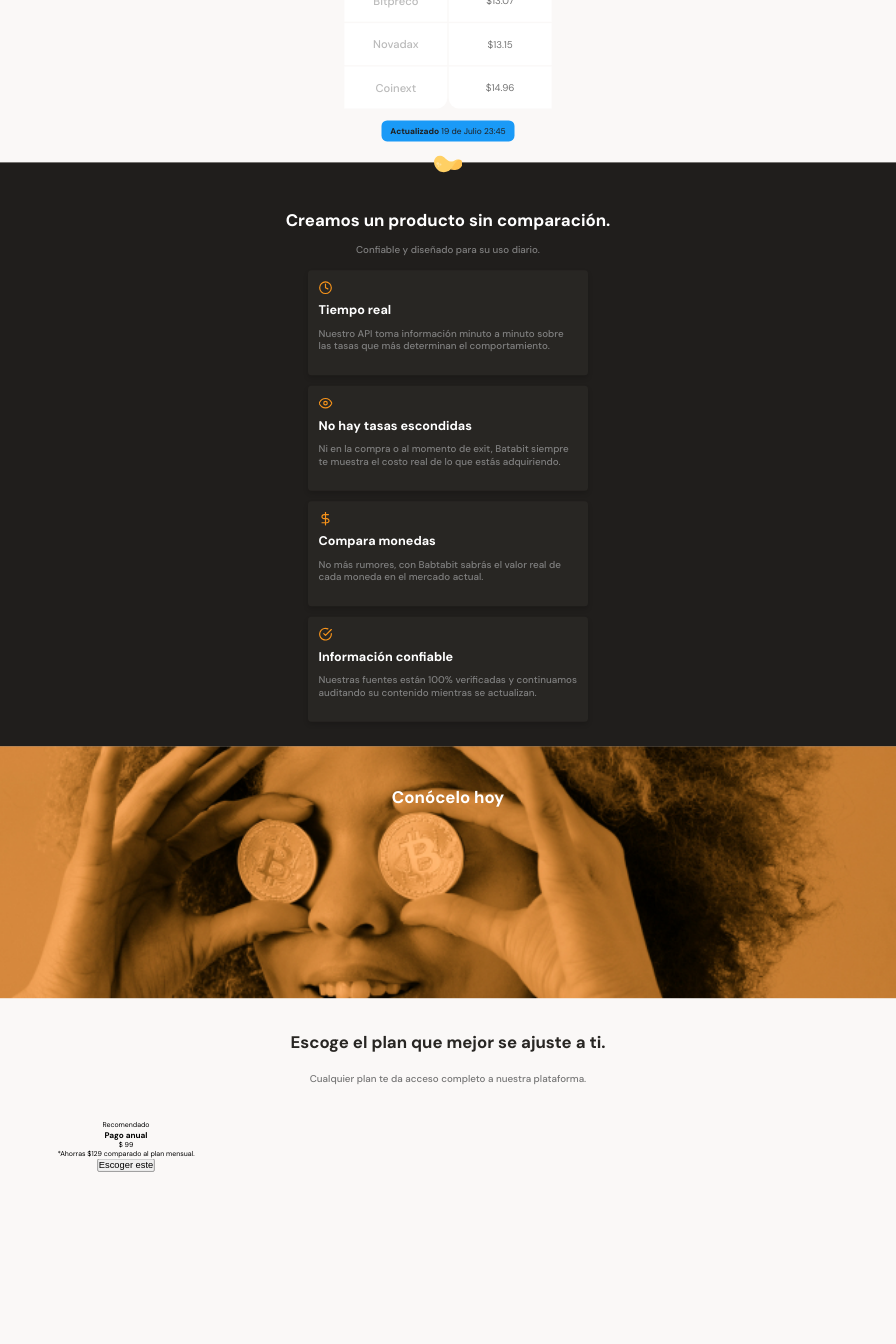
Repository: ChristianGecchelin/spa-full-css-html
Page: index.html
These files come from the project's save history. The page is drawn as it stood at one moment and after the next save; the edit follows.
The browser window is 1280 px wide. The pictures show the part of the page from y = 1260 to 3180 px (the page is 3180 px tall), at 70% of full size.

Above is the page before, as saved 2021-11-29 21:19:35.

### index.html
<!DOCTYPE html>
<html lang="en">
  <head>
    <meta charset="UTF-8" />
    <meta http-equiv="X-UA-Compatible" content="IE=edge" />
    <meta name="viewport" content="width=device-width, initial-scale=1.0" />
    <title></title>
    <link rel="preconnect" href="https://fonts.googleapis.com" />
    <link rel="preconnect" href="https://fonts.gstatic.com" crossorigin />
    <link
      href="https://fonts.googleapis.com/css2?family=DM+Sans:wght@400;500;700&family=Inter:wght@300;500&display=swap"
      rel="stylesheet"
    />
    <link rel="stylesheet" href="./styles/styles.css" />
  </head>
  <!-- shift+alt+A para comentar -->
  <body>
    <header>
      <!-- Las etiquetas principales no necesitan ponerle clase porque solo hay una en el archivo -->
      <img src="./assets/img/logo.svg" alt="logo" />
      <div class="header--title-container">
        <h1>La próxima revolución en el intercambio de criptomonedas.</h1>
        <p>
          Batatabit te ayuda a navegar entre los diferentes precios y
          tendencias.
        </p>
        <a class="header--button" href="#plans"
          >Conoce Nuestros Planes <span></span
        ></a>
      </div>
    </header>
    <main>
      <section class="main-exchange-container">
        <div class="backgroundImg"></div>
        <div class="main-exchange-container--title">
          <h2>Visibilizamos todas las tasas de cambio.</h2>
          <p>
            Traemos información en tiempo real de las casas de cambio y las
            monedas más importantes del mundo.
          </p>
        </div>
        <section class="main-tables-container">
          <!-- creo otra seccion porque tengo mucha información para mostrar -->
          <div class="main-currency-table">
            <p class="currency-table--title">Monedas</p>
            <div class="currency-table--container">
              <table>
                <tr>
                  <!-- table row --><!-- table data, info de la tabla -->
                  <td class="table__top-left">Bitcoin</td>
                  <td class="table__top-right table__right">
                    $1.96 <span class="down"></span>
                  </td>
                </tr>
                <tr>
                  <td>Ethereum</td>
                  <td class="table__top-right table__right">
                    $0.07 <span class="up"></span>
                  </td>
                </tr>
                <tr>
                  <td>Ripple</td>
                  <td class="table__right">$2.17 <span class="down"></span></td>
                </tr>
                <tr>
                  <td class="table__bottom-left">Stellar</td>
                  <td class="table__bottom-right table__right">
                    $4.96 <span class="down"></span>
                  </td>
                </tr>
              </table>
            </div>
            <div class="currency-table--date">
              <p><b>Actualizado</b> 19 de Julio 23:45</p>
            </div>
          </div>
          <div class="main-comissions-table">
            <p class="comissions-table--title">Comisiones</p>
            <div class="comissions-table--container">
              <table>
                <tr>
                  <!-- table row --><!-- table data, info de la tabla -->
                  <td class="table__top-left">Bitrade</td>
                  <td class="table__top-right table__right">$12.96</td>
                </tr>
                <tr>
                  <td>Bitpreco</td>
                  <td class="table__top-right table__right">$13.07</td>
                </tr>
                <tr>
                  <td>Novadax</td>
                  <td class="table__right">$13.15</td>
                </tr>
                <tr>
                  <td class="table__bottom-left">Coinext</td>
                  <td class="table__bottom-right table__right">$14.96</td>
                </tr>
              </table>
            </div>
            <div class="comissions-table--date">
              <p><b>Actualizado</b> 19 de Julio 23:45</p>
            </div>
          </div>
        </section>
      </section>
      <section class="main-product-detail">
        <span class="product-detail--batata-logo"></span>
        <div class="product-detail--title">
          <h2>Creamos un producto sin comparación.</h2>
          <p>Confiable y diseñado para su uso diario.</p>
        </div>
        <section class="product-cards--container">
          <article class="product-detail--card">
            <span class="clock"></span>
            <p class="product--card-title">Tiempo real</p>
            <p class="product--card-body">
              Nuestro API toma información minuto a minuto sobre las tasas que
              más determinan el comportamiento.
            </p>
          </article>
          <article class="product-detail--card">
            <span class="eye"></span>
            <p class="product--card-title">No hay tasas escondidas</p>
            <p class="product--card-body">
              Ni en la compra o al momento de exit, Batabit siempre te muestra
              el costo real de lo que estás adquiriendo.
            </p>
          </article>
          <article class="product-detail--card">
            <span class="dollar"></span>
            <p class="product--card-title">Compara monedas</p>
            <p class="product--card-body">
              No más rumores, con Babtabit sabrás el valor real de cada moneda
              en el mercado actual.
            </p>
          </article>
          <article class="product-detail--card">
            <span class="check"></span>
            <p class="product--card-title">Información confiable</p>
            <p class="product--card-body">
              Nuestras fuentes están 100% verificadas y continuamos auditando su
              contenido mientras se actualizan.
            </p>
          </article>
        </section>
      </section>
      <section class="bitcoin-img-container">
        <h2>Conócelo hoy</h2>
      </section>
      <section id="plans" class="main-plans-container">
        <div class="plans--title">
          <h2>Escoge el plan que mejor se ajuste a ti.</h2>
          <p>Cualquier plan te da acceso completo a nuestra plataforma.</p>
        </div>
        <section class="plans-container--slider">
          <article class="plans-container--card">
            <p class="recomendado">Recomendado</p>
            <div class="plan-info-container">
              <h3 class="plan-card--title">Pago anual</h3>
              <p class="plan-card--price"><span>$</span> 99</p>
              <p class="plan-card--saving">
                *Ahorras $129 comparado al plan mensual.
              </p>
              <button class="plan-card--ca">Escoger este <span></span></button>
            </div>
          </article>
        </section>
      </section>
    </main>
    <footer></footer>
  </body>
</html>

### styles/styles.css
/* shift+alt+A para comentar */
/*  1° estilos relacionados a posicionamiento
    2° Modelo de caja (box model width height lo que da dimensión)
    3° Tipografías
    4° Visuales (sombras)
    5° Otros */
:root {
  /* colores (creo variables para no andar buscando los codigos */
  --bitcoin-orange: #f7931a;
  --soft-orange: #ffe9d5;
  --secondary-blue: #1a9af7;
  --soft-blue: #e7f5ff;
  --warm-black: #201e1c;
  --black: #282623;
  --grey: #bababa;
  --off-white: #faf8f7;
  --just-white: #fff;
}
* {
  box-sizing: border-box;
  margin: 0;
  padding: 0;
}
html {
  font-size: 62.5%;
  font-family: "DM Sans", sans-serif;
}
header {
  position: relative;
  display: flex;
  flex-direction: column;
  justify-content: center;
  width: 100%;
  min-width: 320px; /* dimensión más chica en moviles */
  height: 334px;
  text-align: center;
  background: linear-gradient(
    207.8deg,
    #201e1c 16.69%,
    #f7931a 100%
  ); /* el fondo con gradiente */
}
header img {
  width: 150px;
  height: 24px;
  margin-top: 60px;
  align-self: center; /* alineo al hijo (el padre debe tener flex) este caso es alineado horizontal porque el flex-direction es column */
}
.header--title-container {
  width: 90%; /* ocupa el 90% entre 288 y 900px */
  min-width: 288px;
  max-width: 900px;
  height: 218px;
  margin-top: 40px;
  text-align: center;
  align-self: center; /* centro el contenedor */
}
.header--title-container h1 {
  font-size: 2.4rem;
  font-weight: 700;
  line-height: 2.6rem;
  color: var(
    --just-white
  ); /* llamo la variable que cree en root para los colores */
}
.header--title-container p {
  margin-top: 25px;
  font-size: 1.4rem;
  font-weight: 500;
  line-height: 1.8rem;
  color: var(--soft-orange);
}
.header--title-container .header--button {
  position: absolute;
  top: 270px;
  left: calc(
    50% - 118px
  ); /* es importante dejar espacios entre el signo menos y los valores */
  display: block;
  margin-top: 35px;
  padding: 15px;
  width: 229px;
  height: 48px;
  background-color: var(--off-white);
  font-size: 1.4rem;
  font-weight: 700;
  text-decoration: none;
  color: var(--black);
  /* sombras */
  box-shadow: 0px 4px 8px rgba(89, 73, 30, 0.16);
  border: none;
  border-radius: 5px;
}
.header--button span {
  display: inline-block;
  width: 13px;
  height: 8px;
  margin-left: 10px;
  background-image: url(../assets/icons/down-arrow.svg);
}
main {
  width: 100%;
  height: auto;
  background-color: var(--off-white);
  min-width: 320px;
}
.main-exchange-container {
  width: 100%;
  height: auto;
  padding-top: 80px;
  padding-bottom: 30px;
  text-align: center;
}
.main-exchange-container--title {
  width: 90%;
  min-width: 288px;
  max-width: 900px;
  margin: 0 auto;
}
.main-exchange-container .backgroundImg {
  /* le tengo que dar dimensiones porque en el html la imagen no existe */
  width: 200px;
  height: 200px;
  margin: 0 auto;
  margin-bottom: 50px;
  background-image: url(../assets/img/Bitcoin.svg);
  background-size: cover;
  background-position: center;
  background-repeat: no-repeat; /* con estas propiedades de background garantizo que la imagen siempre va a estar centrada y que ocupe el espacio correcto */
}
.main-exchange-container h2 {
  margin-bottom: 30px;
  font-size: 2.4rem;
  font-weight: 700;
  line-height: 2.6rem;
  color: var(--black);
}
.main-exchange-container p {
  margin-bottom: 30px;
  font-size: 1.4rem;
  font-weight: 500;
  line-height: 1.6rem;
  color: #757575;
}
.main-currency-table .main-comissions-table {
  width: 70%;
  min-width: 235px;
  max-width: 500px;
  height: 360px;
  margin: 0 auto;
  font-family: "inter", "sans-serif";
}
.main-currency-table .currency-table--title,
.main-comissions-table .comissions-table--title {
  margin-bottom: 15px;
  font-size: 1.8rem;
  font-weight: bold;
  line-height: 2.3rem;
  color: var(--bitcoin-orange);
}
.main-comissions-table .comissions-table--title {
  margin-top: 30px;
  color: var(--secondary-blue);
}
.main-currency-table .currency-table--container,
.main-comissions-table .comissions-table--container {
  width: 90%;
  min-width: 230px;
  max-width: 300px;
  height: 250px;
  margin: 0 auto;
}
.currency-table--container table,
.comissions-table--container table {
  width: 100%;
  height: 100%;
}
.currency-table--container td,
.comissions-table--container td {
  width: 50%;
  font-size: 1.6rem;
  font-weight: 500;
  line-height: 1.9rem;
  color: var(--grey);
  background-color: var(--just-white);
}
.currency-table--container .table__top-left,
.comissions-table--container .table__top-left {
  border-radius: 15px 0 0 0;
}
.currency-table--container .table__top-right,
.comissions-table--container .table__top-right {
  border-radius: 0 15px 0 0;
}
.currency-table--container .table__bottom-left,
.comissions-table--container .table__bottom-left {
  border-radius: 0 0 15px 0;
}
.currency-table--container .table__bottom-right,
.comissions-table--container .table__bottom-right {
  border-radius: 0 0 0 15px;
}
.currency-table--container .table__right,
.comissions-table--container .table__right {
  font-size: 1.4rem;
  font-weight: normal;
  line-height: 1.7rem;
  color: #757575;
}
.currency-table--container .down,
.main-comissions-table .down {
  display: inline-block;
  width: 15px;
  height: 15px;
  margin-left: 10px;
  background-image: url(../assets/icons/trending-down.svg);
  background-size: cover;
  background-position: center;
  background-repeat: no-repeat;
}
.currency-table--container .up,
.main-comissions-table .up {
  display: inline-block;
  width: 15px;
  height: 15px;
  margin-left: 10px;
  background-image: url(../assets/icons/trending-up.svg);
  background-size: cover;
  background-position: center;
  background-repeat: no-repeat;
}
.currency-table--date,
.comissions-table--date {
  width: 190px;
  height: 30px;
  margin: 0 auto;
  margin-top: 15px;
  padding: 8px;
  background-color: var(--soft-orange);
  border-radius: 8px;
}
.comissions-table--date {
  background-color: var(--secondary-blue);
}
.currency-table--date p,
.comissions-table--date p {
  font-size: 1.2rem;
  line-height: 1.5rem;
  color: var(--warm-black);
  font-weight: 300;
}
.main-product-detail {
  position: relative;
  width: 100%;
  min-width: 320px;
  height: auto;
  padding: 20px 10px;
  background-color: var(--warm-black);
}
.product-detail--batata-logo {
  position: absolute;
  width: 40px;
  height: 25px;
  top: -10px;
  left: calc(50% - 20px); /* 20px porque es la mitad del width */
  background-image: url(../assets/icons/batata.svg);
}
.product-detail--title {
  width: 90%;
  min-width: 288px;
  height: auto;
  margin: 0 auto;
  margin-top: 50px;
  text-align: center;
}
.product-detail--title h2 {
  margin-bottom: 20px;
  font-size: 2.4rem;
  font-weight: 700;
  line-height: 2.6rem;
  color: var(--just-white);
}
.product-detail--title {
  margin-bottom: 20px;
  font-size: 1.4rem;
  font-weight: 500;
  line-height: 1.8rem;
  color: #808080;
}
.product-detail--card {
  width: 90%;
  min-width: 288px;
  max-width: 400px;
  height: 150px;
  margin: 15px auto;
  padding: 15px;
  background-color: var(--black);
  border-radius: 5px;
  box-shadow: 0 4px 8px rgba(0, 0, 0, 0.16);
}
.product-detail--card .clock {
  display: inline-block;
  width: 20px;
  height: 20px;
  margin-bottom: 10px;
  background-image: url(../assets/icons/clock.svg);
  background-size: cover;
  background-position: center;
  background-repeat: no-repeat;
}
.product-detail--card .eye {
  display: inline-block;
  width: 20px;
  height: 20px;
  margin-bottom: 10px;
  background-image: url(../assets/icons/eye.svg);
  background-size: cover;
  background-position: center;
  background-repeat: no-repeat;
}
.product-detail--card .dollar {
  display: inline-block;
  width: 20px;
  height: 20px;
  margin-bottom: 10px;
  background-image: url(../assets/icons/dollar-sign.svg);
  background-size: cover;
  background-position: center;
  background-repeat: no-repeat;
}
.product-detail--card .check {
  display: inline-block;
  width: 20px;
  height: 20px;
  margin-bottom: 10px;
  background-image: url(../assets/icons/check-circle.svg);
  background-size: cover;
  background-position: center;
  background-repeat: no-repeat;
}
.product--card-title {
  margin-bottom: 15px;
  font-size: 1.8rem;
  font-weight: 700;
  line-height: 1.8rem;
  color: var(--just-white);
}
.product--card-body {
  font-size: 1.4rem;
  font-weight: 500;
  line-height: 1.8rem;
  color: #808080;
}
.bitcoin-img-container {
  width: 100%;
  min-width: 320px;
  height: 50vh;
  background-image: url("../assets/img/bitcoinbaby2x.jpg");
  background-position: center;
  background-size: cover;
  background-repeat: no-repeat;
  text-align: center;
}
.bitcoin-img-container h2 {
  padding-top: 60px;
  font-size: 2.4rem;
  font-weight: 700;
  line-height: 2.6rem;
  color: var(--just-white);
}
.main-plans-container {
  width: 100%;
  min-width: 320px;
  padding-bottom: 70px;
  text-align: center;
}
.main-plans-container .plans--title {
  width: 90%;
  min-width: 288px;
  height: auto;
  margin: 0 auto;
  margin-bottom: 50px;
}
.main-plans-container .plans--title h2 {
  margin-top: 50px;
  font-size: 2.4rem;
  font-weight: 700;
  line-height: 2.6rem;
  color: var(--black);
}
.main-plans-container .plans--title p {
  padding-top: 30px;
  font-size: 1.4rem;
  font-weight: 500;
  line-height: 1.8rem;
  color: #757575;
}
.plans-container--card {
  position: relative;
  width: 70%;
  min-width: 230px;
  max-width: 300px;
  height: 250px;
  margin: 50px 30px 0;
}

After the next save:
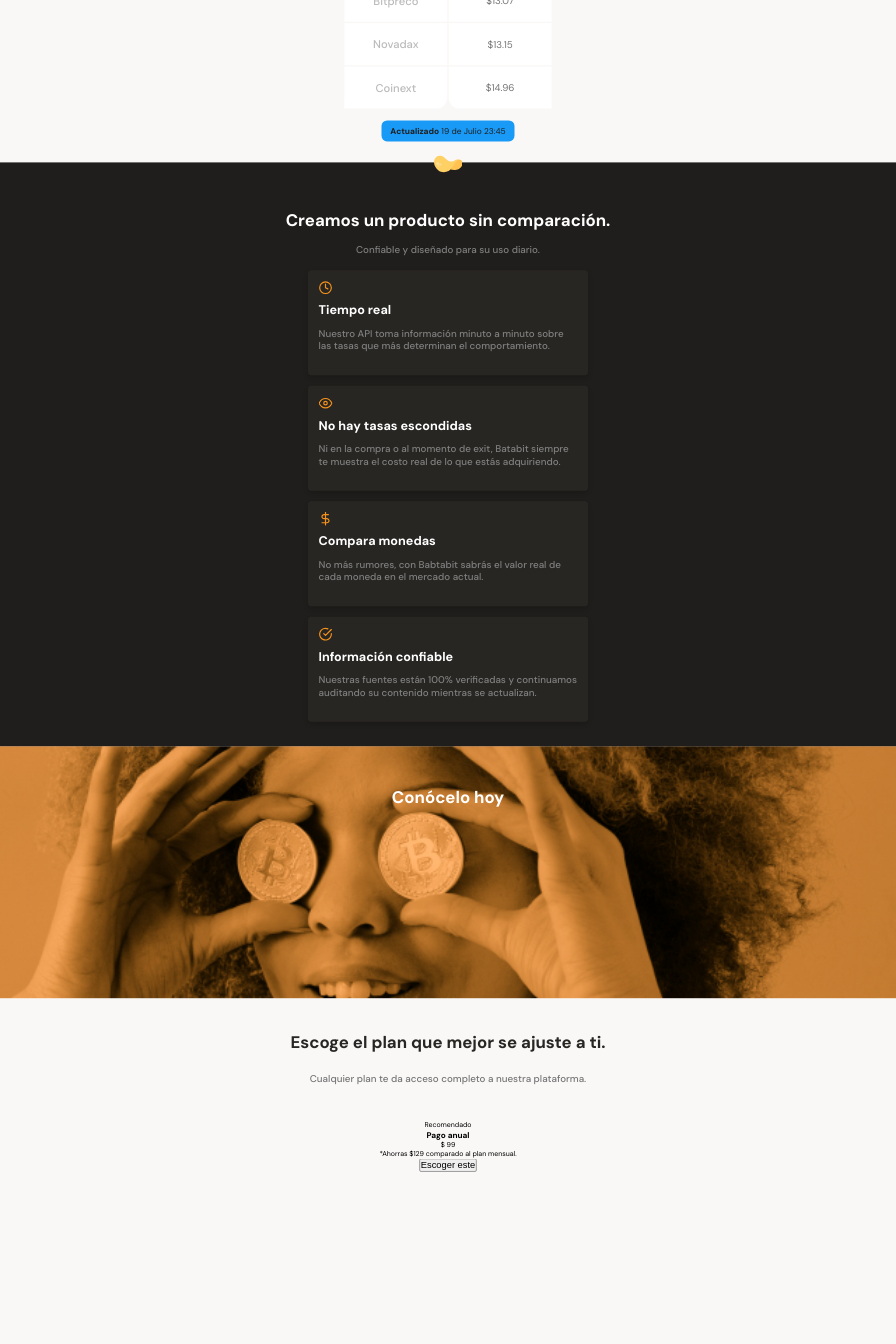
Saved 46 s later.
--- a/styles/styles.css
+++ b/styles/styles.css
@@ -401,5 +401,5 @@
   min-width: 230px;
   max-width: 300px;
   height: 250px;
-  margin: 50px 30px 0;
-}
+  margin: 50px auto 0;
+}
